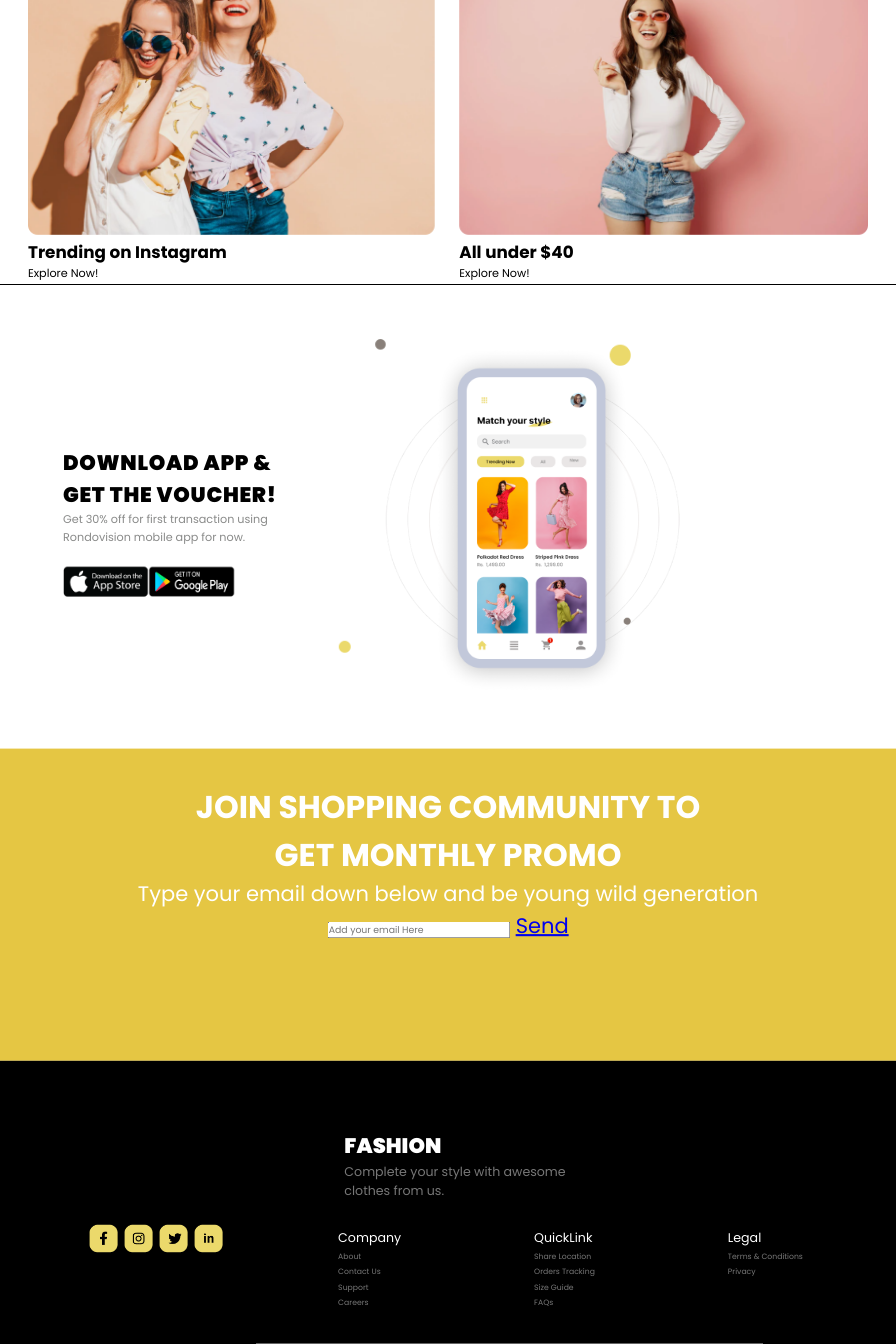
Repository: isaacCodes1/FashionWebsite
Page: index.html
The author's editor kept a copy of each file at every save. The page is drawn from the files as they stood at one save, then again after a run of saves.
The browser window is 1280 px wide. The pictures show the part of the page from y = 2498 to 4418 px (the page is 4418 px tall), at 70% of full size.

Above is the page before, as saved 2024-03-14 10:36:08.

After the next 2 saves:
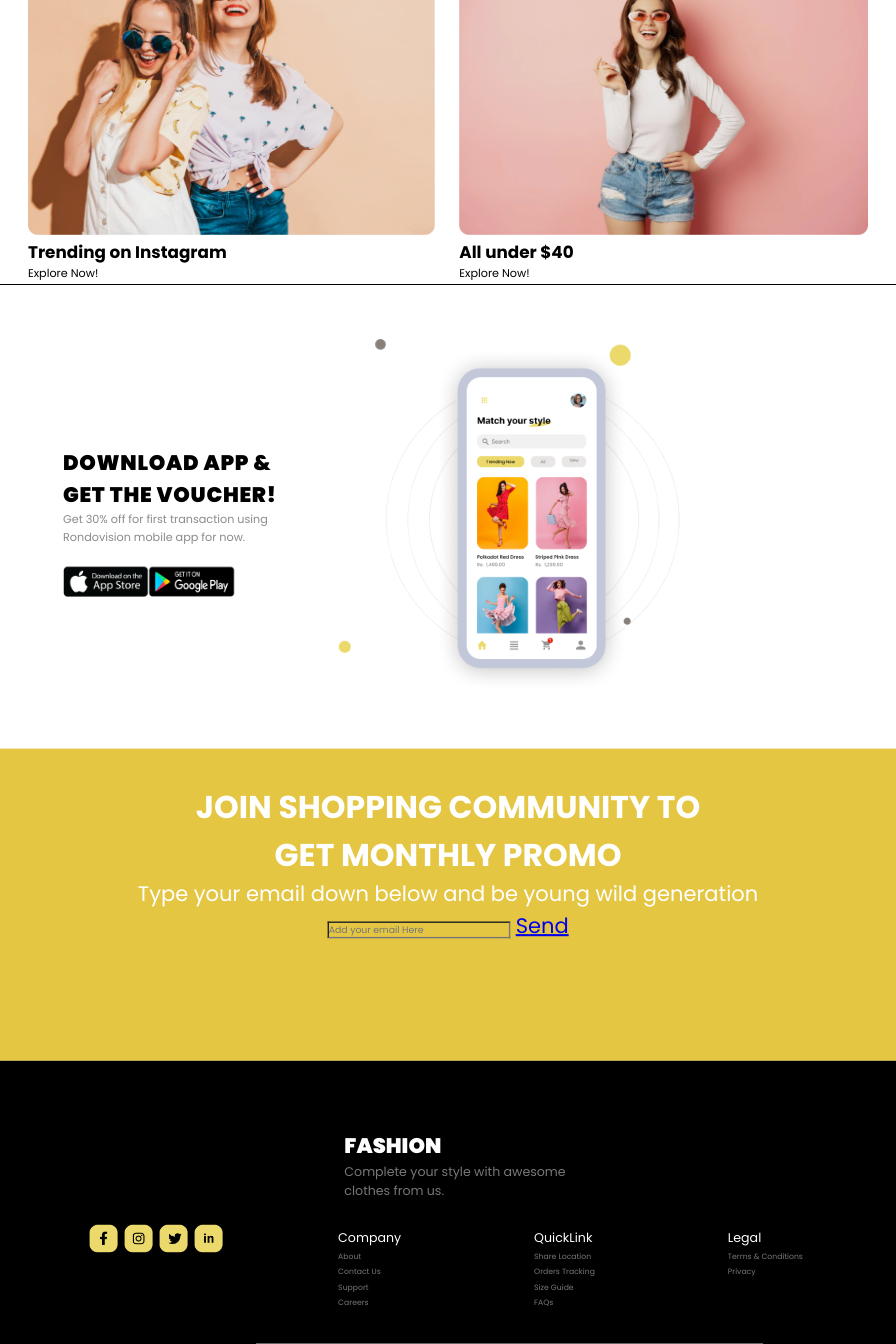
The 2 saves are shown as one change because they came seconds apart.
The last was saved 9 s later.
--- a/style.css
+++ b/style.css
@@ -480,8 +480,8 @@
   background: #000;
   color: #fff;
 } */
-.input input{
-backgroundnone
+.input input {
+  background: none;
 }
 .footDiv {
   background: #000;
